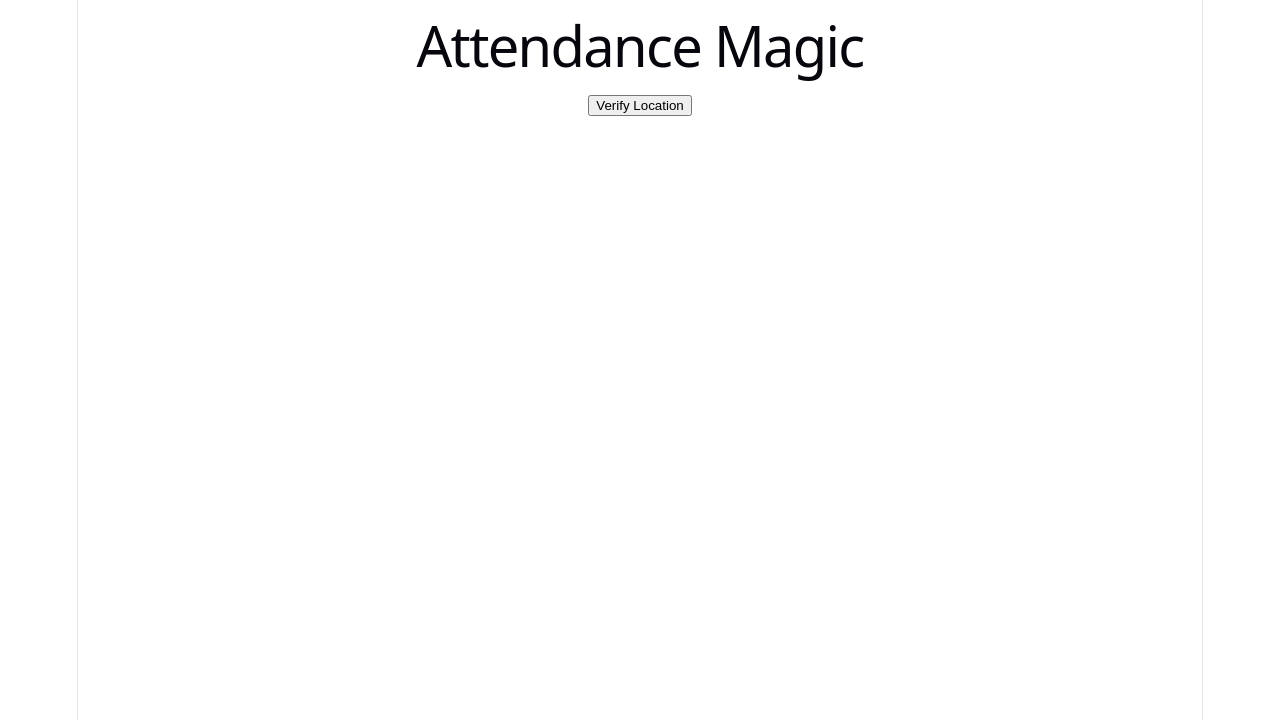
Repository: SparcxSolutions/Attendance_Magic
Page: /faculty (app in frontend/)
An editor plug-in stored every save of this project. The page is shown before and after the next save, followed by the edit.
The browser window is 1280 px wide. The pictures show the whole page.
The project was rebuilt for these pictures with package versions that can differ from the ones it lists, and the page was loaded fresh each time. Also part of the build but not shown: frontend/vite.config.js.

Above is the page before, as saved 2026-06-17 07:50:24.

### frontend/src/index.css
:root {
  --text: #6b6375;
  --text-h: #08060d;
  --bg: #fff;
  --border: #e5e4e7;
  --code-bg: #f4f3ec;
  --accent: #aa3bff;
  --accent-bg: rgba(170, 59, 255, 0.1);
  --accent-border: rgba(170, 59, 255, 0.5);
  --social-bg: rgba(244, 243, 236, 0.5);
  --shadow:
    rgba(0, 0, 0, 0.1) 0 10px 15px -3px, rgba(0, 0, 0, 0.05) 0 4px 6px -2px;

  --sans: system-ui, 'Segoe UI', Roboto, sans-serif;
  --heading: system-ui, 'Segoe UI', Roboto, sans-serif;
  --mono: ui-monospace, Consolas, monospace;

  font: 18px/145% var(--sans);
  letter-spacing: 0.18px;
  color-scheme: light dark;
  color: var(--text);
  background: var(--bg);
  font-synthesis: none;
  text-rendering: optimizeLegibility;
  -webkit-font-smoothing: antialiased;
  -moz-osx-font-smoothing: grayscale;

  @media (max-width: 1024px) {
    font-size: 16px;
  }
}

@media (prefers-color-scheme: dark) {
  :root {
    --text: #9ca3af;
    --text-h: #f3f4f6;
    --bg: #16171d;
    --border: #2e303a;
    --code-bg: #1f2028;
    --accent: #c084fc;
    --accent-bg: rgba(192, 132, 252, 0.15);
    --accent-border: rgba(192, 132, 252, 0.5);
    --social-bg: rgba(47, 48, 58, 0.5);
    --shadow:
      rgba(0, 0, 0, 0.4) 0 10px 15px -3px, rgba(0, 0, 0, 0.25) 0 4px 6px -2px;
  }

  #social .button-icon {
    filter: invert(1) brightness(2);
  }
}

body {
  margin: 0;
}

#root {
  width: 1126px;
  max-width: 100%;
  margin: 0 auto;
  text-align: center;
  border-inline: 1px solid var(--border);
  min-height: 100svh;
  display: flex;
  flex-direction: column;
  box-sizing: border-box;
}

h1,
h2 {
  font-family: var(--heading);
  font-weight: 500;
  color: var(--text-h);
}

h1 {
  font-size: 56px;
  letter-spacing: -1.68px;
  margin: 32px 0;
  @media (max-width: 1024px) {
    font-size: 36px;
    margin: 20px 0;
  }
}
h2 {
  font-size: 24px;
  line-height: 118%;
  letter-spacing: -0.24px;
  margin: 0 0 8px;
  @media (max-width: 1024px) {
    font-size: 20px;
  }
}
p {
  margin: 0;
}

code,
.counter {
  font-family: var(--mono);
  display: inline-flex;
  border-radius: 4px;
  color: var(--text-h);
}

code {
  font-size: 15px;
  line-height: 135%;
  padding: 4px 8px;
  background: var(--code-bg);
}

### frontend/src/App.jsx
import { useState } from "react";
import axios from "axios";

function App() {
  const [verified, setVerified] = useState(false);
  const [message, setMessage] = useState("");

  const verifyLocation = () => {
    navigator.geolocation.getCurrentPosition(
      async (position) => {
        try {
          const response = await axios.post(
            "http://127.0.0.1:8000/api/verify-location/",
            {
              latitude: position.coords.latitude,
              longitude: position.coords.longitude,
            }
          );

          if (response.data.verified) {
            setVerified(true);
            setMessage("Location Verified ✅");
          } else {
            setMessage("Outside Allowed Area ❌");
          }
        } catch (error) {
  console.log("FULL ERROR:", error);

  if (error.response) {
    console.log("RESPONSE:", error.response.data);
    setMessage(error.response.data.message);
  } else {
    setMessage("Verification Failed");
  }
}
      }
    );
  };

  return (
    <div>
      <h1>Attendance Magic</h1>

      <button onClick={verifyLocation}>
        Verify Location
      </button>

      <h3>{message}</h3>

    {verified && (
  <div>
    <h2>Attendance Form</h2>

    <br />

    <select>
      <option>Select Department</option>
      <option>CSE</option>
      <option>CSD</option>
      <option>ECE</option>
    </select>

    <br /><br />

    <select>
      <option>Select Section</option>
      <option>A</option>
      <option>B</option>
      <option>C</option>
      <option>D</option>
    </select>

    <br /><br />

    <input
      type="text"
      placeholder="Enter Name"
    />

    <br /><br />

    <input
      type="text"
      placeholder="Enter Roll Number"
    />

    <br /><br />

    <button>
      Submit Attendance
    </button>
  </div>
)}
    </div>
  );
}

export default App;

Loaded but not shown: frontend/src/main.jsx (common file)

After the next save:
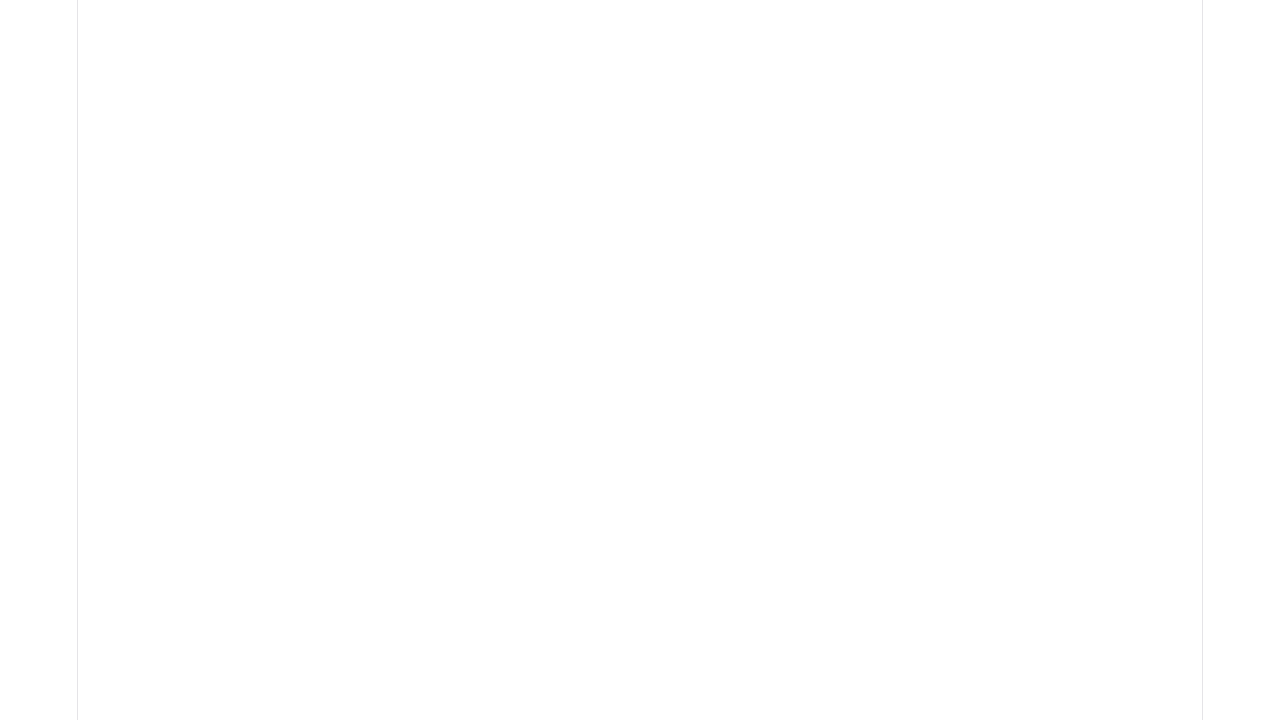
Console error: TypeError: Cannot read properties of null (reading 'useState')
Saved 2 min 1 s later.
--- a/frontend/src/App.jsx
+++ b/frontend/src/App.jsx
@@ -1,6 +1,9 @@
 import { useState } from "react";
 import axios from "axios";
-
+const [department, setDepartment] = useState("");
+const [section, setSection] = useState("");
+const [name, setName] = useState("");
+const [rollNumber, setRollNumber] = useState("");
 function App() {
   const [verified, setVerified] = useState(false);
   const [message, setMessage] = useState("");

After the 5 saves that followed:
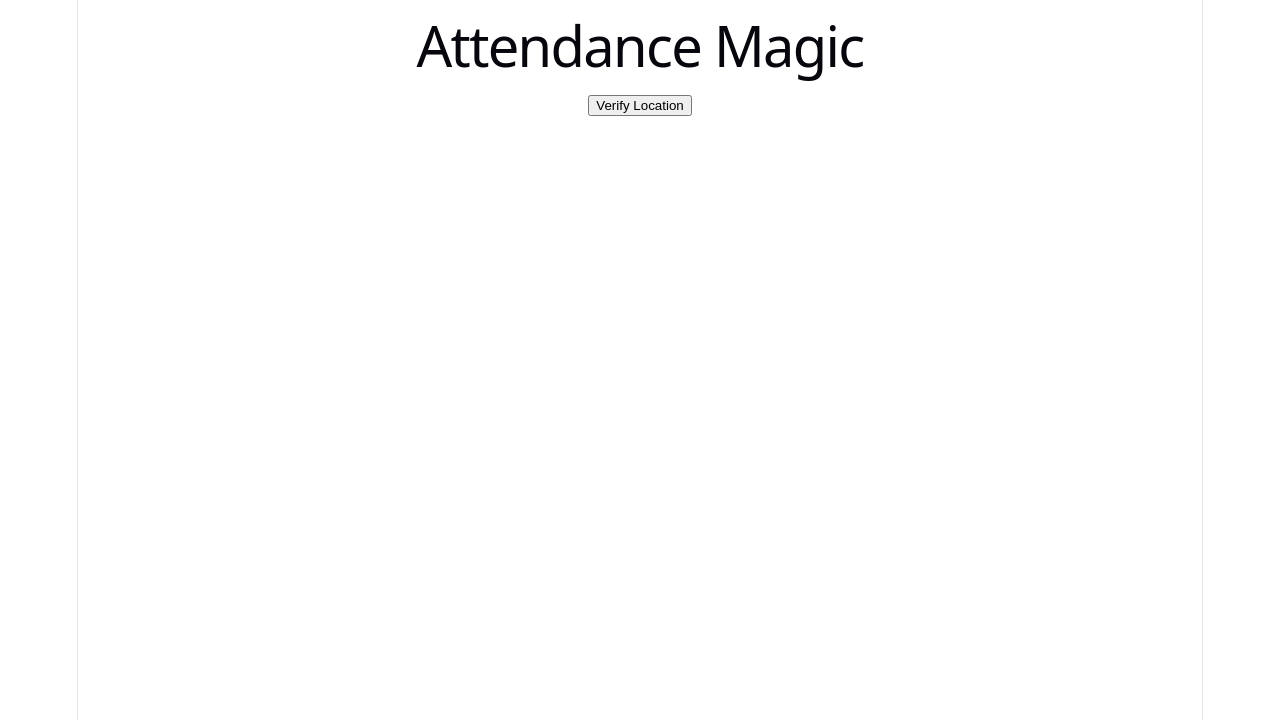
The error is gone.
The 5 saves are shown as one change because 4 left the picture as it was.
The last was saved 3 min 17 s later.
--- a/frontend/src/App.jsx
+++ b/frontend/src/App.jsx
@@ -1,13 +1,13 @@
 import { useState } from "react";
 import axios from "axios";
-const [department, setDepartment] = useState("");
-const [section, setSection] = useState("");
-const [name, setName] = useState("");
-const [rollNumber, setRollNumber] = useState("");
+
 function App() {
   const [verified, setVerified] = useState(false);
   const [message, setMessage] = useState("");
-
+  const [department, setDepartment] = useState("");
+  const [section, setSection] = useState("");
+  const [name, setName] = useState("");
+  const [rollNumber, setRollNumber] = useState("");
   const verifyLocation = () => {
     navigator.geolocation.getCurrentPosition(
       async (position) => {
@@ -39,7 +39,27 @@
       }
     );
   };
+const submitAttendance = async () => {
+  try {
+    const response = await axios.post(
+      "http://127.0.0.1:8000/api/mark-attendance/",
+      {
+        department,
+        section,
+        name,
+        roll_number: rollNumber,
+      }
+    );
 
+    setMessage(response.data.message);
+
+  } catch (error) {
+    setMessage(
+      error.response?.data?.message ||
+      "Attendance Failed"
+    );
+  }
+};
   return (
     <div>
       <h1>Attendance Magic</h1>
@@ -56,42 +76,51 @@
 
     <br />
 
-    <select>
-      <option>Select Department</option>
-      <option>CSE</option>
-      <option>CSD</option>
-      <option>ECE</option>
-    </select>
+    <select
+  value={department}
+  onChange={(e) => setDepartment(e.target.value)}
+>
+  <option value="">Select Department</option>
+  <option value="CSE">CSE</option>
+  <option value="CSD">CSD</option>
+  <option value="ECE">ECE</option>
+</select>
 
     <br /><br />
 
-    <select>
-      <option>Select Section</option>
-      <option>A</option>
-      <option>B</option>
-      <option>C</option>
-      <option>D</option>
-    </select>
+   <select
+  value={section}
+  onChange={(e) => setSection(e.target.value)}
+>
+  <option value="">Select Section</option>
+  <option value="A">A</option>
+  <option value="B">B</option>
+  <option value="C">C</option>
+  <option value="D">D</option>
+</select>
 
     <br /><br />
 
     <input
-      type="text"
-      placeholder="Enter Name"
-    />
+  type="text"
+  placeholder="Enter Name"
+  value={name}
+  onChange={(e) => setName(e.target.value)}
+/>
+
+    <br /><br />
+<input
+  type="text"
+  placeholder="Enter Roll Number"
+  value={rollNumber}
+  onChange={(e) => setRollNumber(e.target.value)}
+/>
 
     <br /><br />
 
-    <input
-      type="text"
-      placeholder="Enter Roll Number"
-    />
-
-    <br /><br />
-
-    <button>
-      Submit Attendance
-    </button>
+   <button onClick={submitAttendance}>
+  Submit Attendance
+</button>
   </div>
 )}
     </div>
